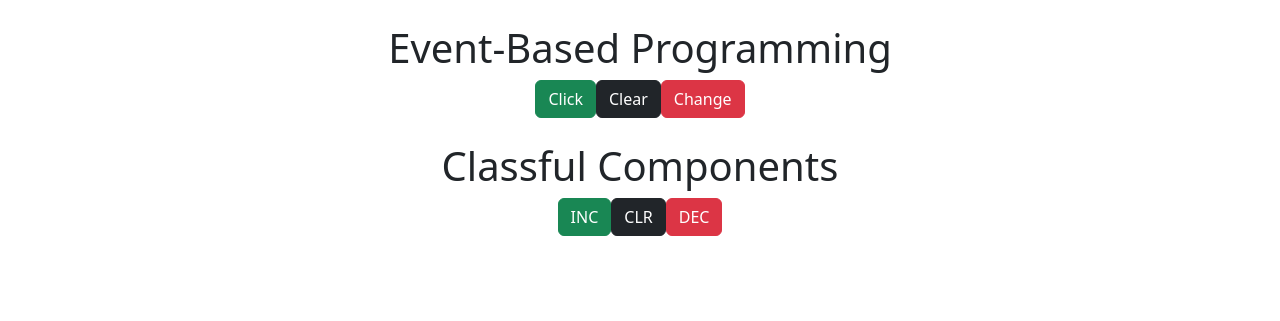
Repository: sedat-akdogan/React_Revision
Page: / (app in sunday/)
The author's editor kept a copy of each file at every save. The page is drawn from the files as they stood at one save, then again after the next save.
The browser window is 1280 px wide. The pictures show the whole page.
The project was rebuilt for these pictures with package versions that can differ from the ones it lists, and the page was loaded fresh each time.

Above is the page before, as saved 2023-04-01 01:54:54.

### sunday/src/index.js
import React from 'react';
import ReactDOM from 'react-dom/client';
import App from './App';
import 'bootstrap/dist/css/bootstrap.min.css';

const root = ReactDOM.createRoot(document.getElementById('root'));
root.render(<App />);

### sunday/src/App.js
import React from 'react';
import Events from './components/1-events/Events';
import Counter from './components/2-classComponents/Counter';


function App() {
    return (
        <div>
            <Events />
            <Counter />
        </div>
    );
}

export default App;

### sunday/src/components/1-events/Events.jsx
const Events = () => {
    let message = "Event-Based Programming";
    const handleClick = () => {
        alert("Button Clicked");
    }

    const handleClear = (msg) => {
        alert(msg);
    }

    const handleChange = (event) => {
        console.log(event.target);
    }

    return (
        <div className='container text-center mt-4'>
            <h1>{message}</h1>
            <button
                onClick={handleClick} className='btn btn-success'>
                Click
            </button>

            <button
            onClick={() => handleClear("Clear Button Clicked")}
            className="btn btn-dark">
                Clear
            </button>

            <button onclick={handleChange} className="btn btn-danger">
                Change
            </button>
        </div>
    );
};

export default Events;

### sunday/src/components/2-classComponents/Counter.jsx

import { Component } from 'react';

class Counter extends Component {

    constructor(props) {
        super(props)

        this.state = {
            count: 0,
        };
    }


    render() {
        return (
            <div className='container text-center mt-4'>
                <h1>Classful Components</h1>
                <h2></h2>
                <button className='btn btn-success'>INC</button>

                <button className="btn btn-dark">CLR</button>

                <button  className="btn btn-danger">DEC</button>
            </div>
        );
    }
}

export default Counter;

Loaded but not shown: sunday/public/index.html (common file)

After the next save:
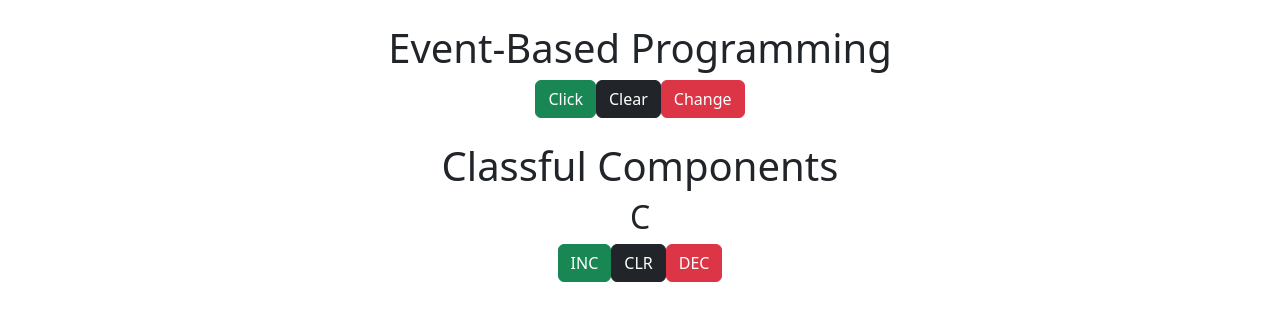
Saved 5 s later.
--- a/sunday/src/components/2-classComponents/Counter.jsx
+++ b/sunday/src/components/2-classComponents/Counter.jsx
@@ -16,7 +16,7 @@ class Counter extends Component {
         return (
             <div className='container text-center mt-4'>
                 <h1>Classful Components</h1>
-                <h2></h2>
+                <h2>C</h2>
                 <button className='btn btn-success'>INC</button>
 
                 <button className="btn btn-dark">CLR</button>
